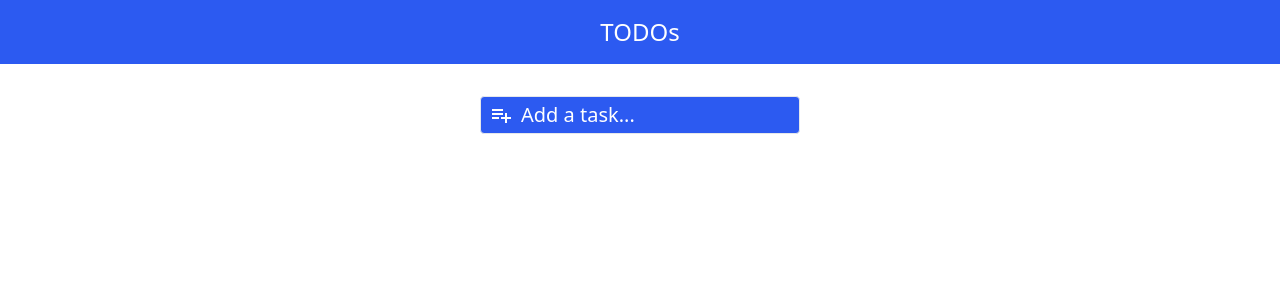
Repository: Jay-JYKim91/wanted-pre-onboarding-challenge-fe-1
Page: /
These files come from the project's save history. The page is drawn as it stood at one moment and after the next save; the edit follows.
The browser window is 1280 px wide. The pictures show the whole page.
The page's requests for data from a server got no answer. The project was rebuilt for these pictures with package versions that can differ from the ones it lists, and the page was loaded fresh each time. No one was signed in, and anything a server would have sent is missing. Also part of the build but not shown: src/page/Auth.tsx.

Above is the page before, as saved 2022-08-01 22:44:33.

After the next save:
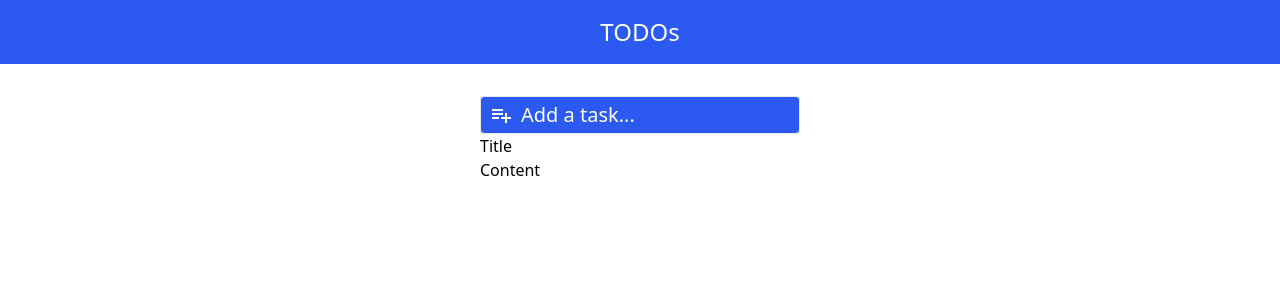
Saved 54 s later.
--- a/src/page/Main.tsx
+++ b/src/page/Main.tsx
@@ -20,12 +20,14 @@ function Main<Props>({ todos }) {
         <span className="text-xl">Add a task...</span>
       </button>
       <form>
+        <label htmlFor="titleInput">Title</label>
         <input
           type="text"
           id="titleInput"
           required
           onChange={(event) => setTitleInput(event.target.value)}
         />
+        <label htmlFor="contentInput">Content</label>
         <input
           type="text"
           id="contentInput"
